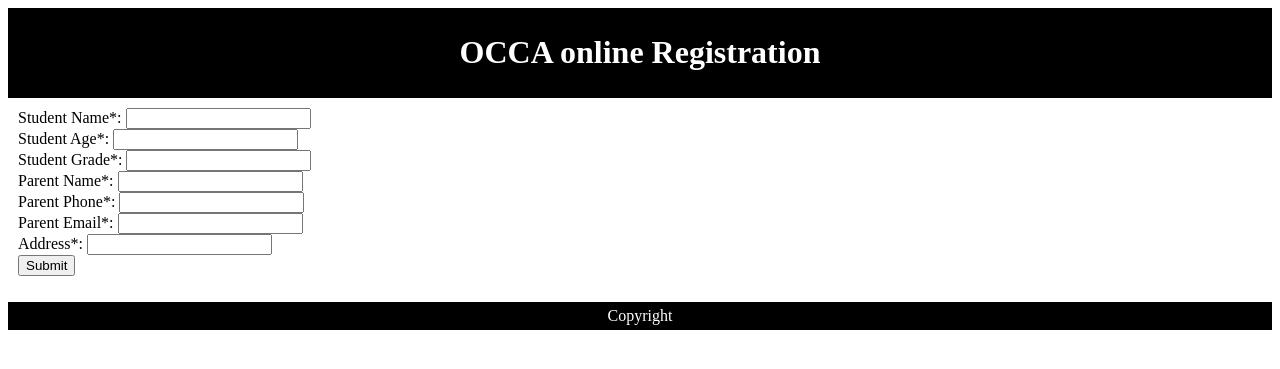
Repository: dreamxia329/TechExercise4830
Page: T3-0325-xia/T3-webProject-Xia/WebContent/register.html
The author's editor kept a copy of each file at every save. The page is drawn from the files as they stood at one save, then again after the next save.
The browser window is 1280 px wide. The pictures show the whole page.

Above is the page before, as saved 2022-03-31 14:53:38.

### T3-0325-xia/T3-webProject-Xia/WebContent/register.html
<html>
<head>
<style>
header {
	background-color: black;
	color: white;
	text-align: center;
	padding: 5px;
}

nav {
	line-height: 30px;
	background-color: #eeeeee;
	height: 300px;
	width: 100px;
	float: left;
	padding: 5px;
}

section {
	width: 350px;
	float: left;
	padding: 10px;
}

footer {
	background-color: black;
	color: white;
	clear: both;
	text-align: center;
	padding: 5px;
}
</style>
</head>

<body>
	<header>
		<h1>OCCA online Registration</h1>
	</header>


	<section>

		<form action="RegisterServlet" method="POST">

			Student Name*: <input type="text" name="studentName"> <br />
			Student Age*: <input type="text" name="studentAge"> <br />
			Student Grade*: <input type="text" name="studentGrade"> <br />
			Parent Name*: <input type="text" name="parentName"> <br />
			Parent Phone*: <input type="text" name="parentPhone"> <br />
			Parent Email*: <input type="text" name="parentEmail"> <br />
			Address*: <input type="text" name="address"> <br /> <input
				type="submit" value="Submit" />
		</form>

	</section>

	<footer> Copyright </footer>
</body>
</html>

After the next save:
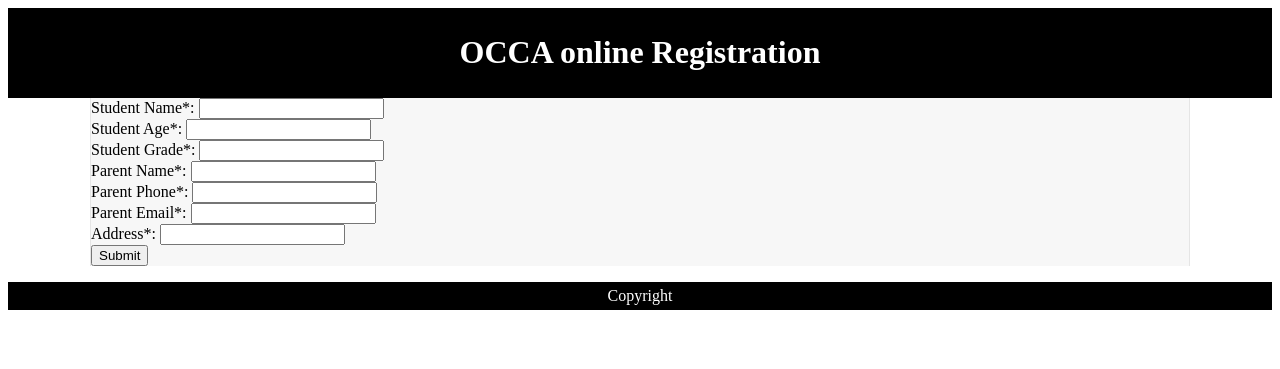
Saved 46 min 49 s later.
--- a/T3-0325-xia/T3-webProject-Xia/WebContent/register.html
+++ b/T3-0325-xia/T3-webProject-Xia/WebContent/register.html
@@ -8,19 +8,12 @@ header {
 	padding: 5px;
 }
 
-nav {
-	line-height: 30px;
-	background-color: #eeeeee;
-	height: 300px;
-	width: 100px;
-	float: left;
-	padding: 5px;
-}
-
 section {
-	width: 350px;
-	float: left;
-	padding: 10px;
+	margin: 0px auto 0px auto;
+	max-width: 1098px;
+	border-left: 1px solid #e5e5e5;
+	border-right: 1px solid #e5e5e5;
+	background-color: #f7f7f7
 }
 
 footer {
